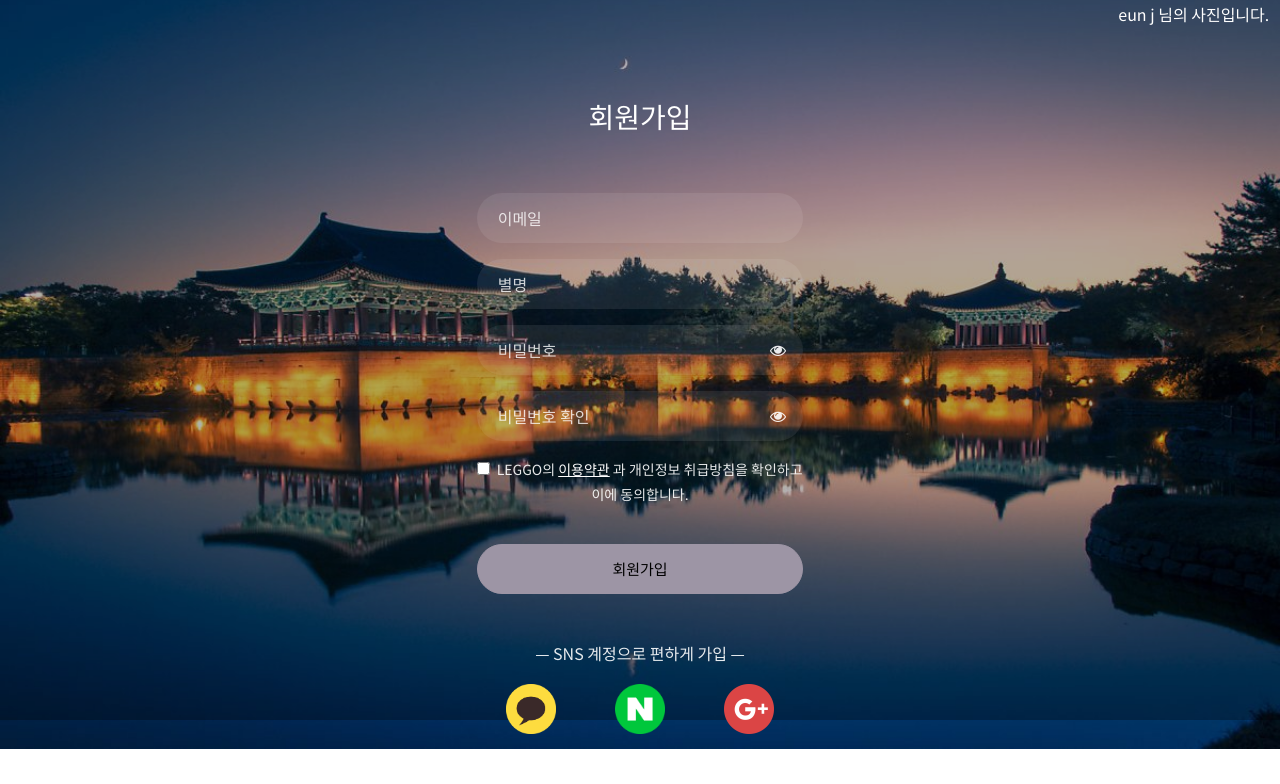
Repository: jangseohyun/LEGGO_2021
Page: http://localhost/PrjApp/Signin.jsp
The author's editor kept a copy of each file at every save. The page is drawn from the files as they stood at one save, then again after the next save.
The browser window is 1280 px wide. The pictures show the whole page.
The page is served by Tomcat 9. Other server files are loaded and not shown.

Above is the page before, as saved 2021-06-28 12:00:40.

### PrjApp/WebContent/Signin.jsp
<%@ page contentType="text/html; charset=UTF-8"%>
<%@ taglib prefix="c" uri="http://java.sun.com/jsp/jstl/core"%>
<%
	request.setCharacterEncoding("UTF-8");
	String cp = request.getContextPath();
%>
<!doctype html>
<html lang="en">
<head>
<title>Signin</title>
<meta charset="utf-8">
<meta name="viewport"
	content="width=device-width, initial-scale=1, shrink-to-fit=no">
<link rel="preconnect" href="https://fonts.gstatic.com">
<link rel="preconnect" href="https://fonts.gstatic.com">
<link
	href="https://fonts.googleapis.com/css2?family=Noto+Sans+KR:wght@300;400&display=swap"
	rel="stylesheet">
<link
	href="https://fonts.googleapis.com/css?family=Lato:300,400,700&display=swap"
	rel="stylesheet">

<link rel="stylesheet"
	href="https://stackpath.bootstrapcdn.com/font-awesome/4.7.0/css/font-awesome.min.css">

<link rel="stylesheet" href="css/style.css">

<style type="text/css">

body
{
	font-family: 'Noto Sans KR', sans-serif;"
}

a {
  color: #ffffff;
  text-decoration: underline;
  background-color: transparent; }
  a:hover {
    color: #0088ff;
    text-decoration: underline; }

</style>

</head>
<body class="img js-fullheight" style="background-image: url(images/gyeongju.jpg);">
<p class="userimg">eun j 님의 사진입니다.&nbsp;&nbsp;&nbsp;</p>
<section class="ftco2-section">
		<div class="container" style="padding: 50px;">
			<div class="row justify-content-center">
				<div class="col-md-6 text-center mb-5">
					<h2 class="heading-section" style="font-family: 'Noto Sans KR', sans-serif;">회원가입</h2>
				</div>
			</div>
			<div class="row justify-content-center">
				<div class="col-md-6 col-lg-4">
					<div class="login-wrap p-0">
						<form action="#" class="signin-form">
							<div class="form-group">
								<input type="text" class="form-control" placeholder="이메일"
									required>
							</div>
							<div class="form-group">
								<input type="text" class="form-control" placeholder="별명"
									required>
							</div>
							<div class="form-group">
								<input id="password-field" type="password" class="form-control"
									placeholder="비밀번호" required> <span
									toggle="#password-field"
									class="fa fa-fw fa-eye field-icon toggle-password"></span>
							</div>
							<div class="form-group">
								<input id="password-field" type="password" class="form-control"
									placeholder="비밀번호 확인" required> <span
									toggle="#password-field"
									class="fa fa-fw fa-eye field-icon toggle-password"></span>
							</div>
							<div class="text-center">
								 <label style="font-size: 14px;">
								 <input type="checkbox" id="agreecheck" style="width: 13px; height: 13px;" value="agreed">&nbsp;&nbsp;LEGGO의
								 <a href="/PrjApp/FindPw.jsp">이용약관</a>
								 과 개인정보 취급방침을 확인하고 이에 동의합니다.</label>
							</div>
							<div class="form-group">
								<br>
								<button type="submit"
									class="form-control btn2 btn2-primary submit px-3">회원가입</button>
							</div>
						</form>
						<br><p class="w-100 text-center">&mdash; SNS 계정으로 편하게 가입 &mdash;</p>
						<div class="social d-flex" style="text-align: center;">
							<a><img src="images/kakao_login.png" width="50px"></a>
							<a><img src="images/naver_login.png" width="50px" style="border-radius: 5px;"></a>
							<a><img src="images/google_login.jpg" width="50px" style="border-radius: 5px;"></a>
						</div>
					</div>
				</div>
			</div>
		</div>
	</section>

	<script src="js/jquery.min.js"></script>
	<script src="js/popper.js"></script>
	<script src="js/bootstrap.min.js"></script>
	<script src="js/main.js"></script>

</body>
</html>

Loaded but not shown: PrjApp/WebContent/css/style.css (library); PrjApp/WebContent/js/jquery.min.js (library); PrjApp/WebContent/js/popper.js (library); PrjApp/WebContent/js/bootstrap.min.js (library); PrjApp/WebContent/js/main.js (common file)

After the next save:
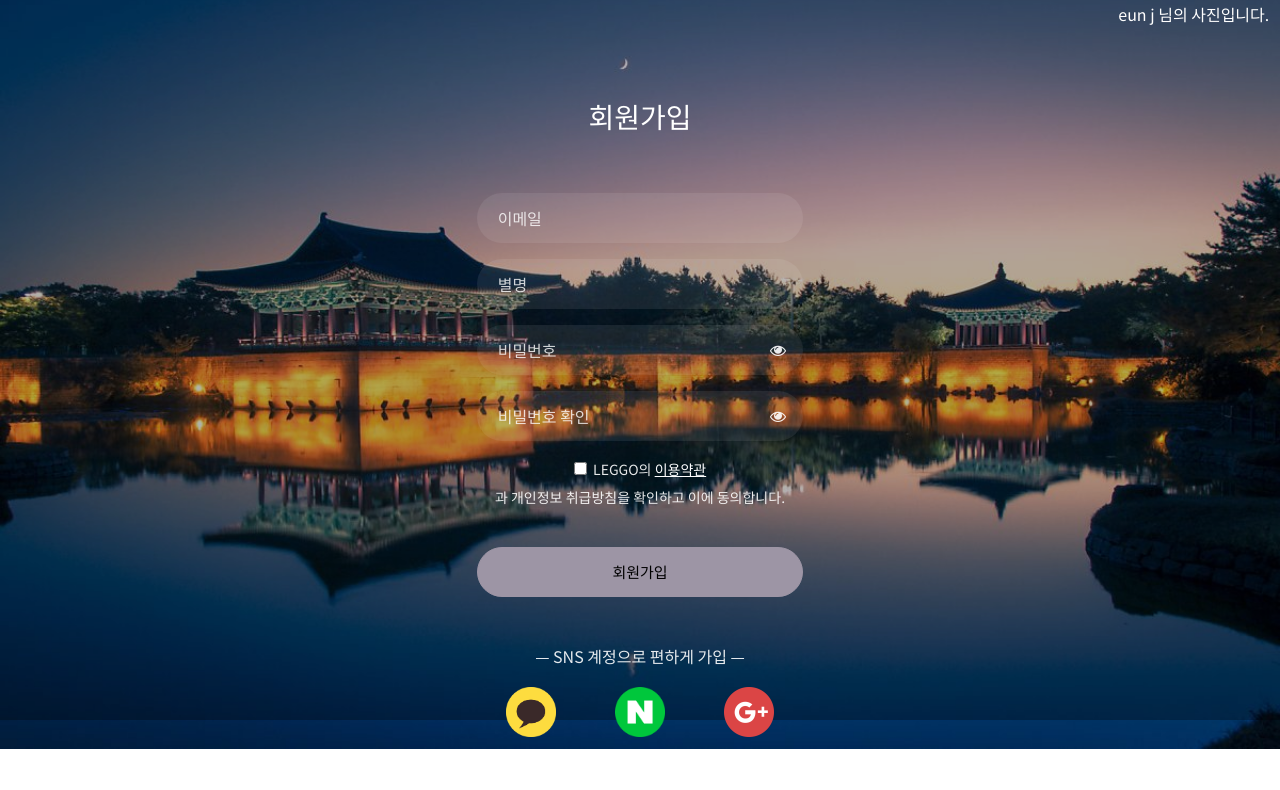
Saved 105 s later.
--- a/PrjApp/WebContent/Signin.jsp
+++ b/PrjApp/WebContent/Signin.jsp
@@ -36,9 +36,15 @@
   color: #ffffff;
   text-decoration: underline;
   background-color: transparent; }
-  a:hover {
-    color: #0088ff;
-    text-decoration: underline; }
+  a:after {
+	  display:block;
+	  content: '';
+	  border-bottom: solid 3px #ea2129;
+	  transform: scaleX(0);
+	  transition: transform 250ms ease-in-out; }
+	  a:after:hover {
+	    color: #0088ff;
+	    transform: scaleX(1); }
 
 </style>
 

After the save that followed:
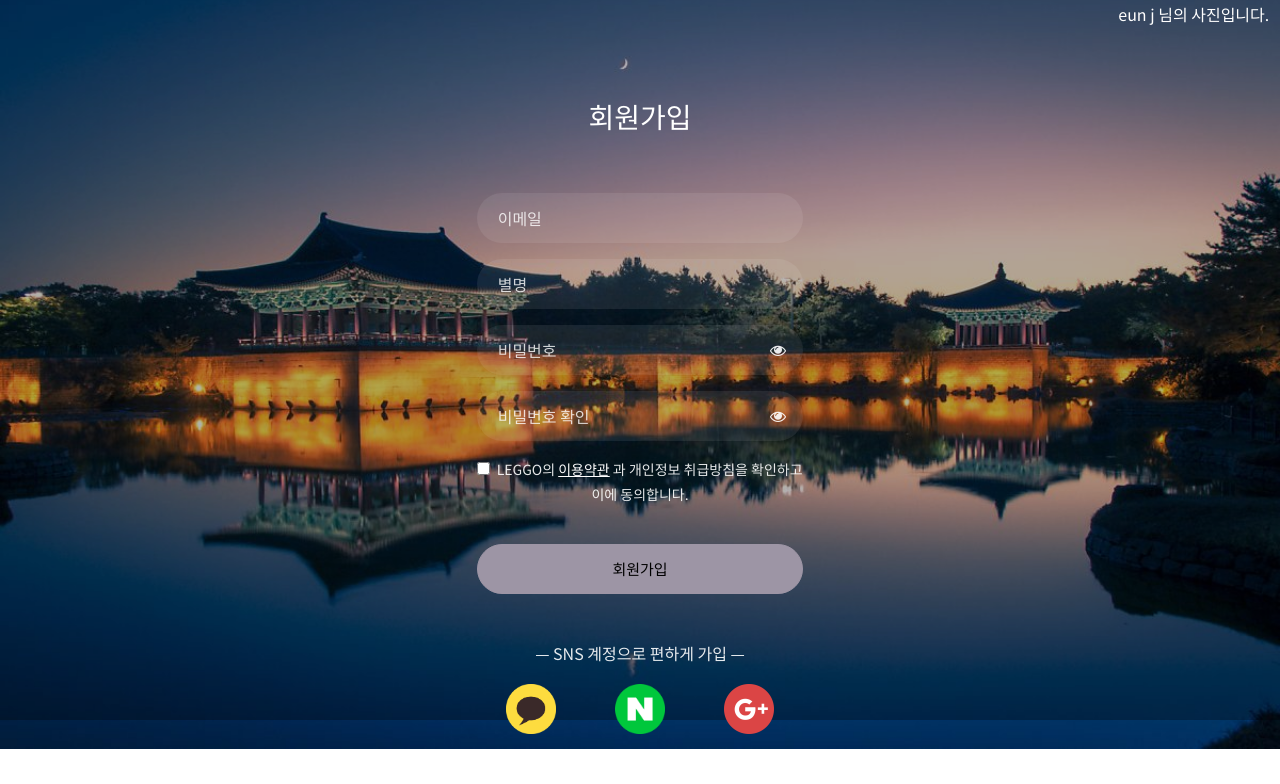
Saved 14 s later.
--- a/PrjApp/WebContent/Signin.jsp
+++ b/PrjApp/WebContent/Signin.jsp
@@ -36,15 +36,9 @@
   color: #ffffff;
   text-decoration: underline;
   background-color: transparent; }
-  a:after {
-	  display:block;
-	  content: '';
-	  border-bottom: solid 3px #ea2129;
-	  transform: scaleX(0);
-	  transition: transform 250ms ease-in-out; }
-	  a:after:hover {
-	    color: #0088ff;
-	    transform: scaleX(1); }
+  a:hover {
+    color: #0088ff;
+    text-decoration: underline; }
 
 </style>
 
